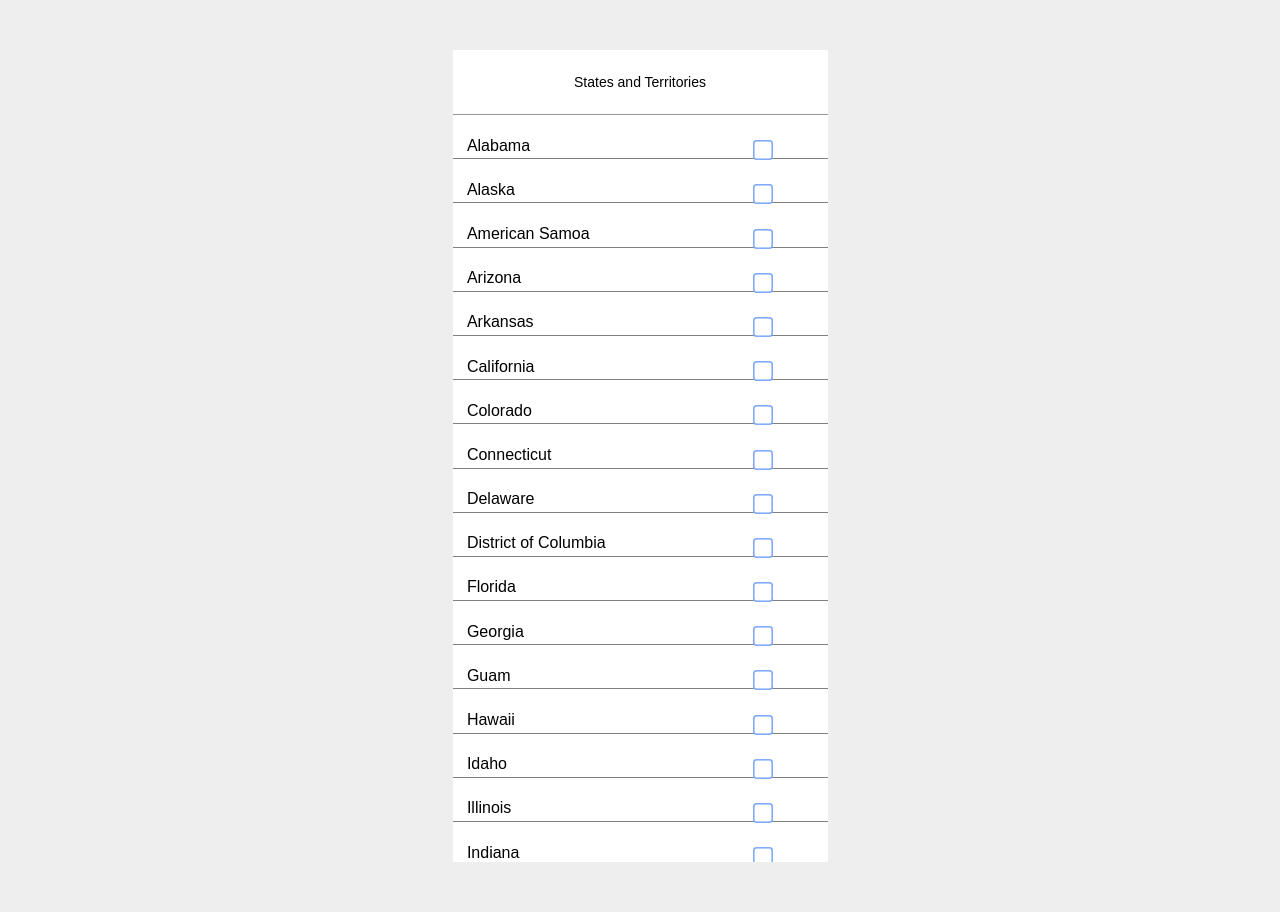
Repository: zitac234/codingTest
Page: /
The author's editor kept a copy of each file at every save. The page is drawn from the files as they stood at one save, then again after the next save.
The browser window is 1280 px wide. The pictures show the whole page.
The project was rebuilt for these pictures with package versions that can differ from the ones it lists, and the page was loaded fresh each time.

Above is the page before, as saved 2021-03-31 15:25:38.

### src/index.css
body {
  margin: 0;
  font-family: 'Arial', sans-serif;
  -webkit-font-smoothing: antialiased;
  -moz-osx-font-smoothing: grayscale;
  background-color: #eee;
}

### src/Header.js
import "./Header.css";

export function Header() {
  return (
    <header className="header">
      <span className="title">States and Territories</span>
    </header>
  );
}

### src/List.js
import { Fragment } from "react";
import { Checkbox } from "./Checkbox";
import "./List.css";
export function List(props) {
  return (
    <div className="list">
      {props.items.map((item) => (
        <Fragment key={item}>
          <div className='line'>
            <div className='state'>{item}</div><div className='checkbox'><Checkbox/></div><br />
          {/* You also have <Checkbox selected={false} /> */}
          </div>
          </Fragment>
      ))}
    </div>
  );
}

### src/_data.js
export const data = [
  "Alabama",
  "Alaska",
  "American Samoa",
  "Arizona",
  "Arkansas",
  "California",
  "Colorado",
  "Connecticut",
  "Delaware",
  "District of Columbia",
  "Florida",
  "Georgia",
  "Guam",
  "Hawaii",
  "Idaho",
  "Illinois",
  "Indiana",
  "Iowa",
  "Kansas",
  "Kentucky",
  "Louisiana",
  "Maine",
  "Maryland",
  "Massachusetts",
  "Michigan",
  "Minnesota",
  "Mississippi",
  "Missouri",
  "Montana",
  "Nebraska",
  "Nevada",
  "New Hampshire",
  "New Jersey",
  "New Mexico",
  "New York",
  "North Carolina",
  "North Dakota",
  "Northern Mariana Islands",
  "Ohio",
  "Oklahoma",
  "Oregon",
  "Pennsylvania",
  "Puerto Rico",
  "Rhode Island",
  "South Carolina",
  "South Dakota",
  "Tennessee",
  "Texas",
  "Utah",
  "Vermont",
  "Virgin Islands",
  "Virginia",
  "Washington",
  "West Virginia",
  "Wisconsin",
  "Wyoming"
]

### src/Header.css
.header {
  width: 100%;
  font-size: 14px;
  display: flex;
  border-bottom: 1px solid #979797;
}

.title {
  line-height: 24px;
  margin: 20px auto;
}

### src/Checkbox.js
import selected from "./Checkbox-Filled.svg";
import unselected from "./Checkbox-Empty.svg";

export function Checkbox(props) {
  return (
    <img
      width={20}
      height={20}
      src={props.selected ? selected : unselected}
      alt={`Checkbox ${selected ? "selected" : "unselected"}`}
    />
  );
}

### src/List.css
.list {
  flex: 1;
  overflow: auto;
}
.line{
  height: 3vh;
  margin-top: 3vh;
  border-bottom: 1px solid gray;
}
.checkbox{
  margin-left: 80%;
  margin-top: -2vh;
}
.state{
  margin-left: 2vh;
}

Loaded but not shown: public/index.html (common file); src/index.js (common file); src/App.js (common file); src/App.css (common file)

After the next save:
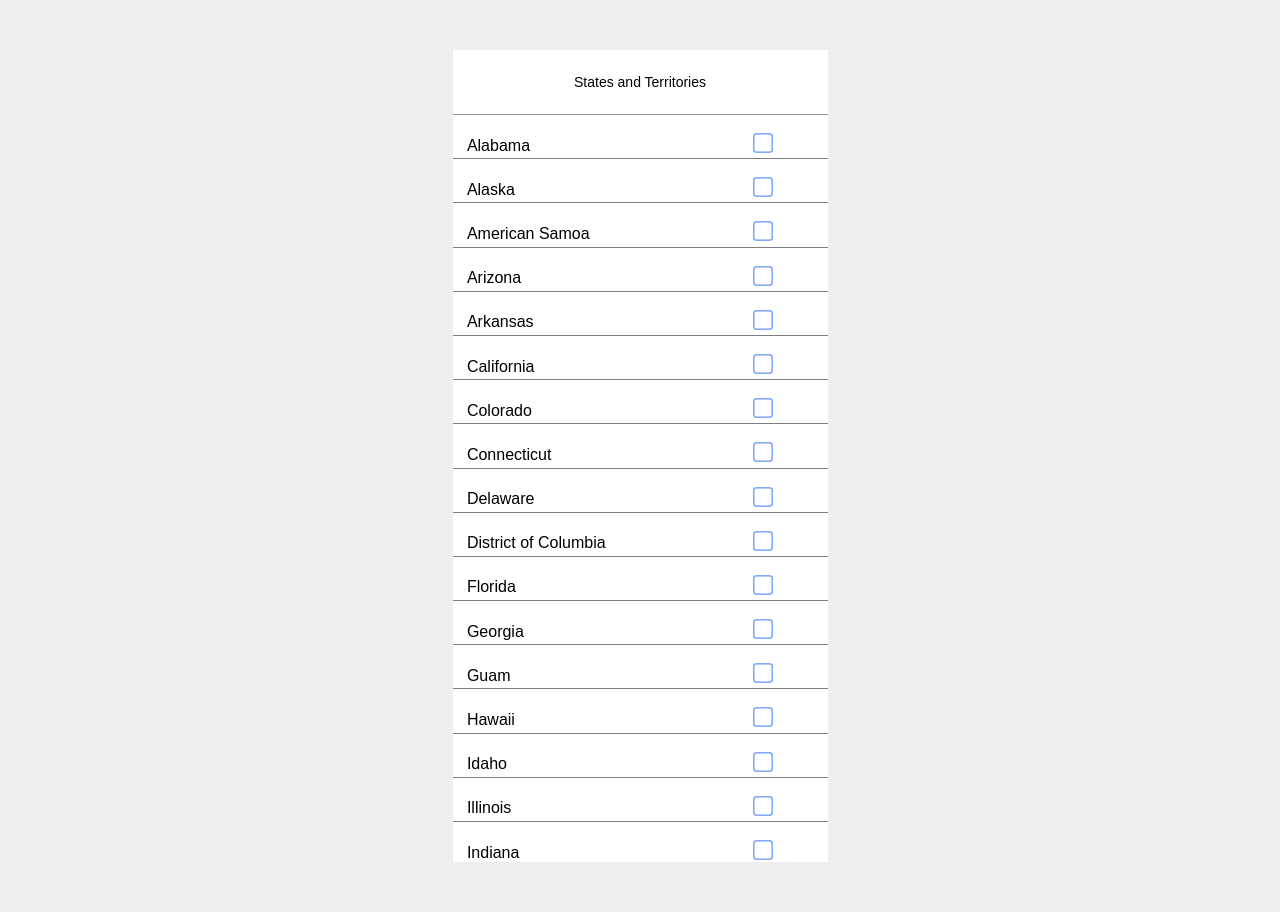
Saved 36 s later.
--- a/src/List.css
+++ b/src/List.css
@@ -9,7 +9,7 @@
 }
 .checkbox{
   margin-left: 80%;
-  margin-top: -2vh;
+  margin-top: -3vh;
 }
 .state{
   margin-left: 2vh;
